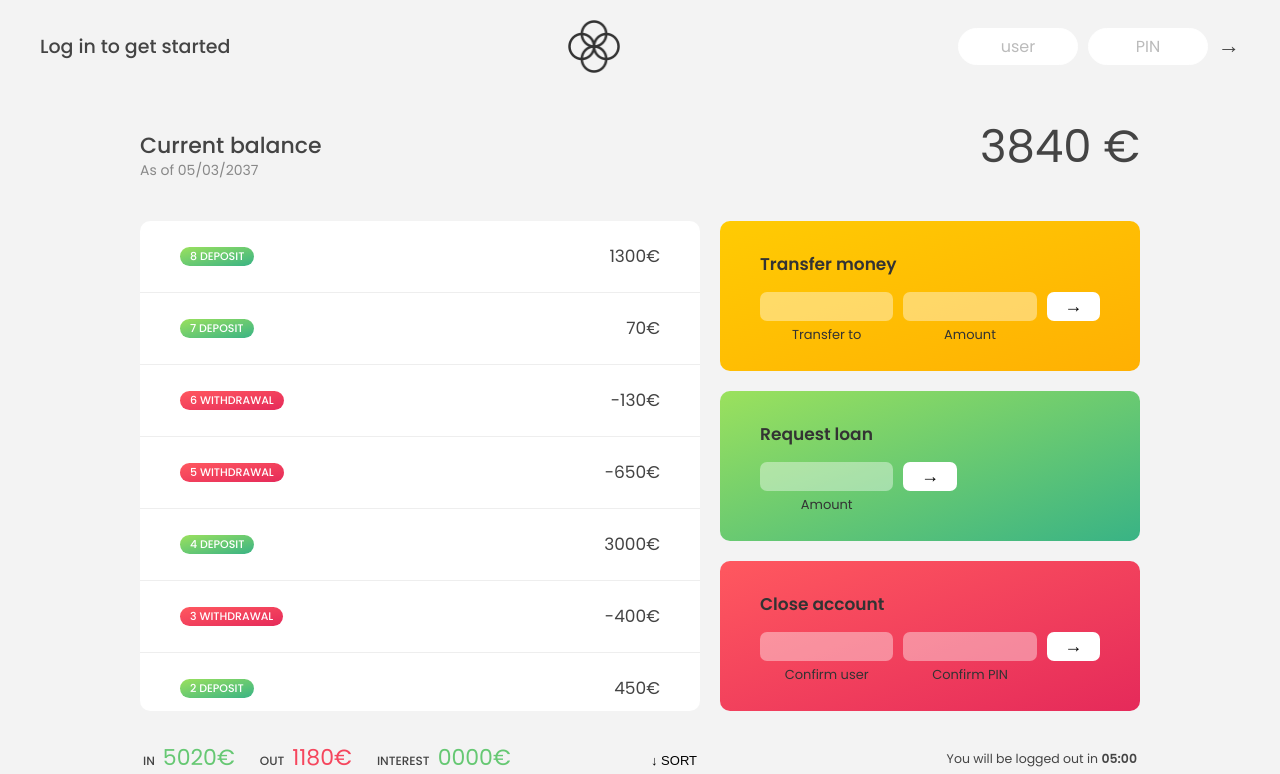
Repository: otvertka/jsc_11
Page: index.html
These files come from the project's save history. The page is drawn as it stood at one moment and after the next save; the edit follows.
The browser window is 1280 px wide. The pictures show the whole page.
An inner scrolling area shows only its first screen.

Above is the page before, as saved 2023-02-03 14:34:42.

After the next save:
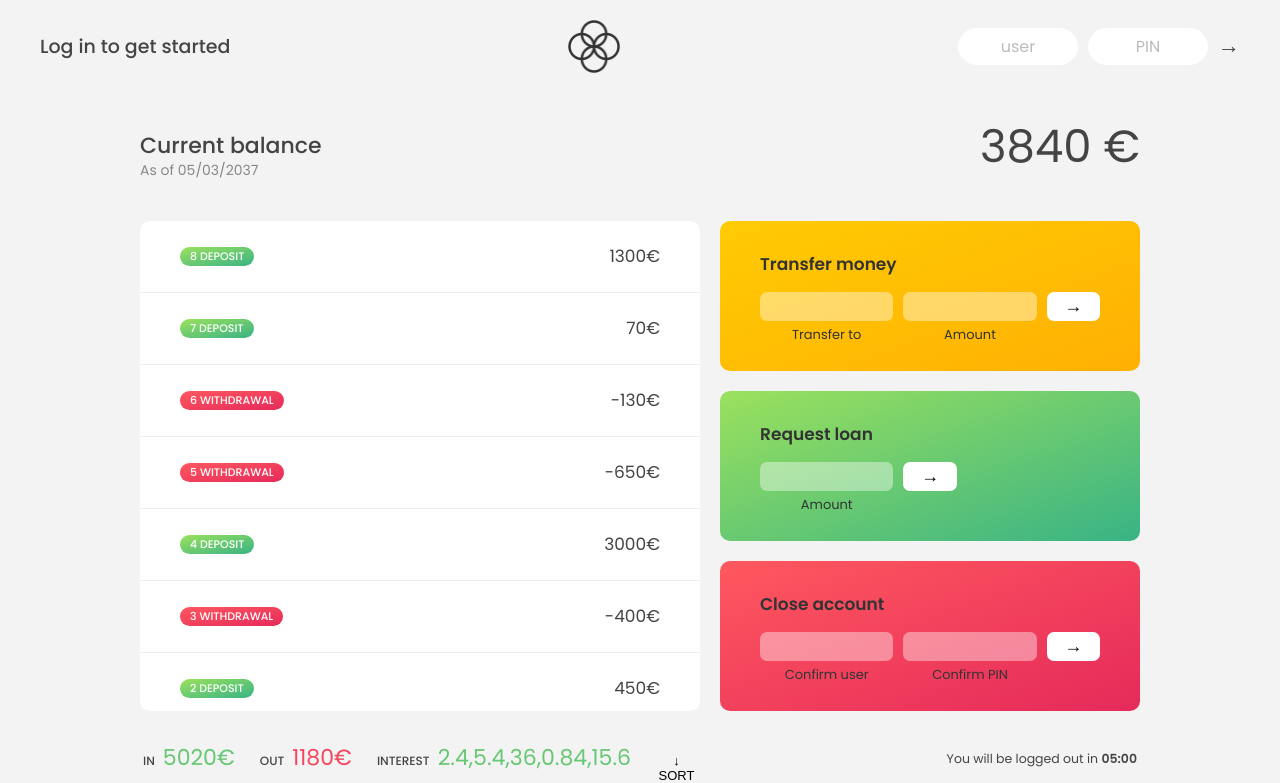
Saved 6 min 43 s later.
--- a/script.js
+++ b/script.js
@@ -221,6 +221,12 @@ const calcDisplaySummary = function (movements) {
     .filter(mov => mov < 0)
     .reduce((acc, mov) => acc + mov, 0);
   labelSumOut.textContent = `${Math.abs(out)}€`;
+
+  // Проценты с депозита (Interest)
+  const interest = movements
+    .filter(mov => mov > 0)
+    .map(deposit => (deposit * 1.2) / 100);
+  labelSumInterest.textContent = `${interest}`;
 };
 calcDisplaySummary(account1.movements);
 
